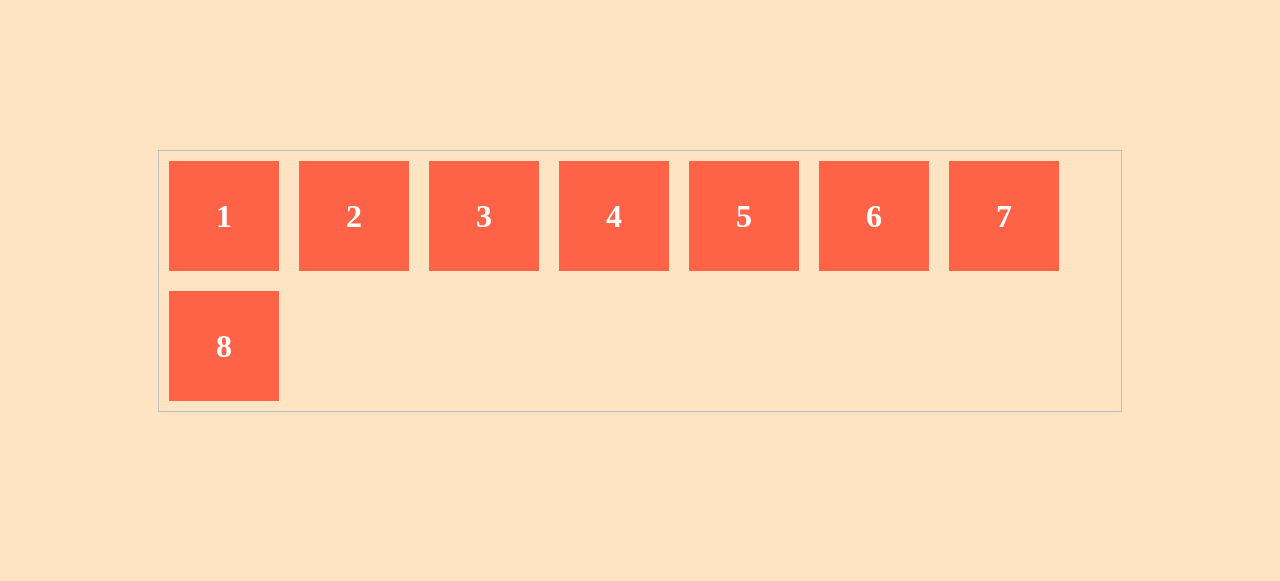
Repository: noahcallen/LAB-calculator
Page: index.html
These files come from the project's save history. The page is drawn as it stood at one moment and after the next save; the edit follows.
The browser window is 1280 px wide. The pictures show the whole page.

Above is the page before, as saved 2024-07-09 22:03:53.

After the next save:
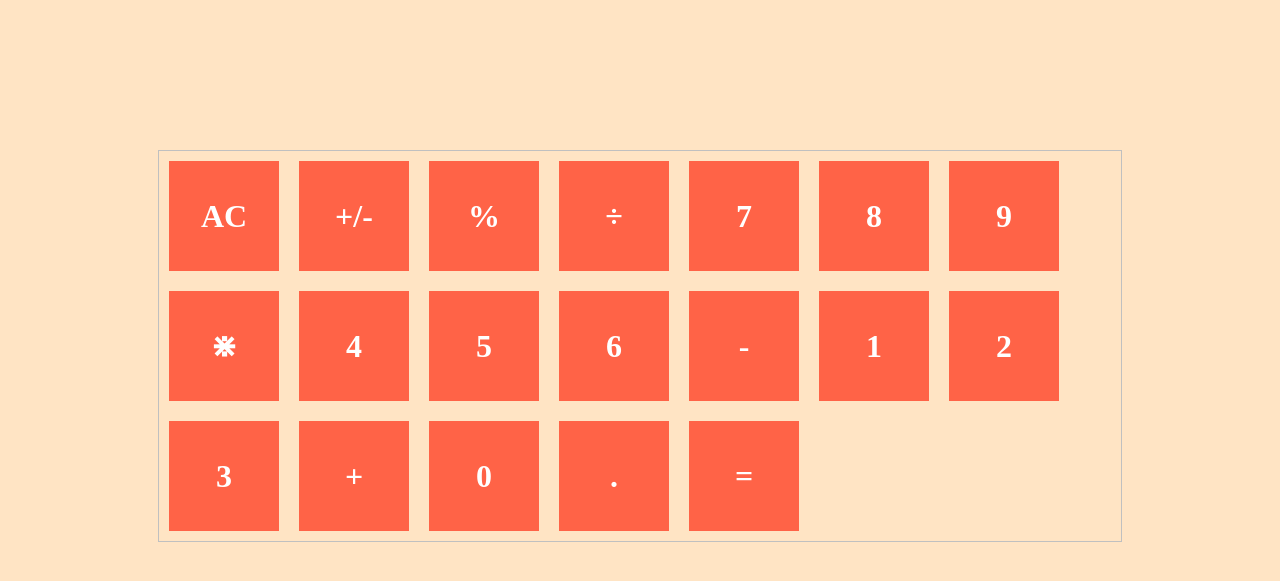
Saved 2 min 42 s later.
--- a/index.html
+++ b/index.html
@@ -11,14 +11,26 @@
   <!-- box for calculator outline -->
   <div class="outline">
     <ul class="flex-container wrap">
+      <li class="flex-item">AC</li>
+      <li class="flex-item">+/-</li>
+      <li class="flex-item">%</li>
+      <li class="flex-item">÷</li>
+      <li class="flex-item">7</li>
+      <li class="flex-item">8</li>
+      <li class="flex-item">9</li>
+      <li class="flex-item">⋇</li>
+      <li class="flex-item">4</li>
+      <li class="flex-item">5</li>
+      <li class="flex-item">6</li>
+      <li class="flex-item">-</li>
       <li class="flex-item">1</li>
       <li class="flex-item">2</li>
       <li class="flex-item">3</li>
-      <li class="flex-item">4</li>
-      <li class="flex-item">5</li>
-      <li class="flex-item">6</li>
-      <li class="flex-item">7</li>
-      <li class="flex-item">8</li>
+      <li class="flex-item">+</li>
+      <li class="flex-item">0</li>
+      <li class="flex-item">.</li>
+      <li class="flex-item">=</li>
+
     </ul>
   </div>
 
